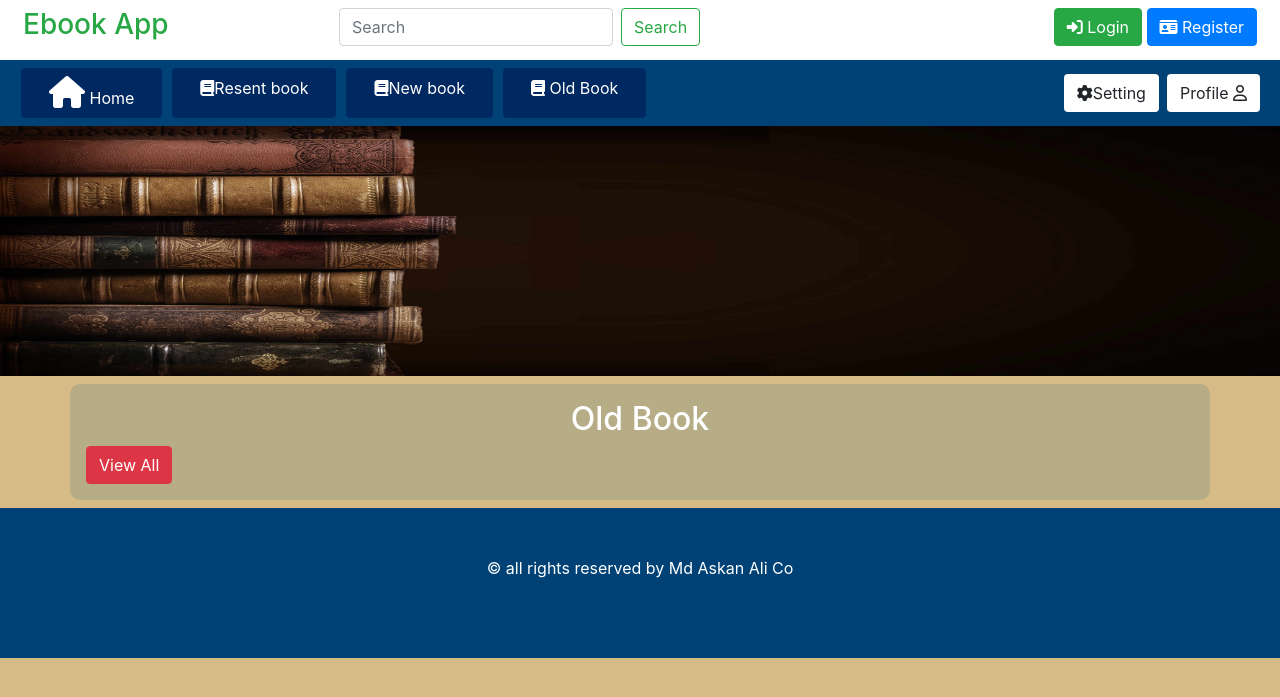
Repository: sultanaskan/EbookApp
Page: http://localhost/ebook/oldbook.jsp
These files come from the project's save history. The page is drawn as it stood at one moment and after the next save; the edit follows.
The browser window is 1280 px wide. The pictures show the whole page.
The page is served by Tomcat 9. Queries for data that is not in the repository find no rows.

Above is the page before, as saved 2024-05-06 07:16:35.

After the next save:
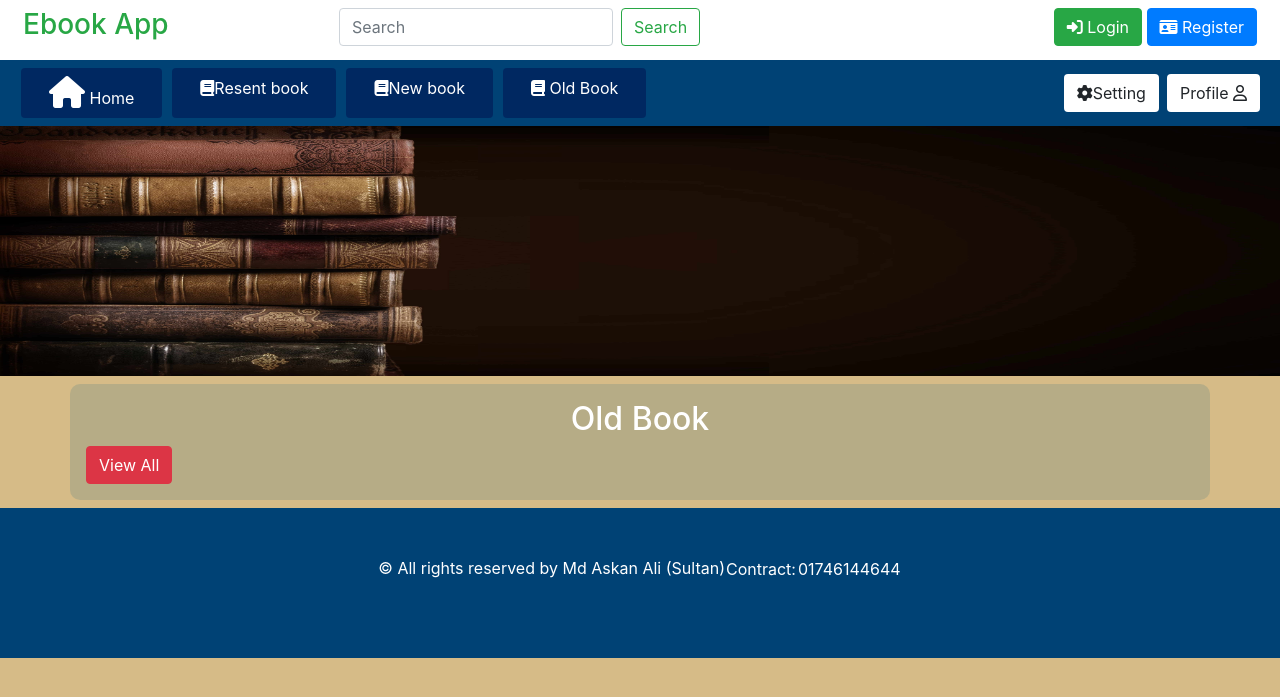
Saved 2 min 6 s later.
--- a/ebook/src/main/webapp/components/footer.jsp
+++ b/ebook/src/main/webapp/components/footer.jsp
@@ -1,6 +1,11 @@
 <div class="container-fluid  text-center " style="height:150px; background:#004275">
 	<div class="row text-center text-white pt-5 justify-content-center">
-		&copy all rights reserved by Md Askan Ali
-		Co
+		&copy All rights reserved by Md Askan Ali (Sultan)
+		<table>
+		<tr>
+		<td>Contract: </td>
+		<td>01746144644</td>
+		</tr>
+		</table>
 	</div>
 </div>
